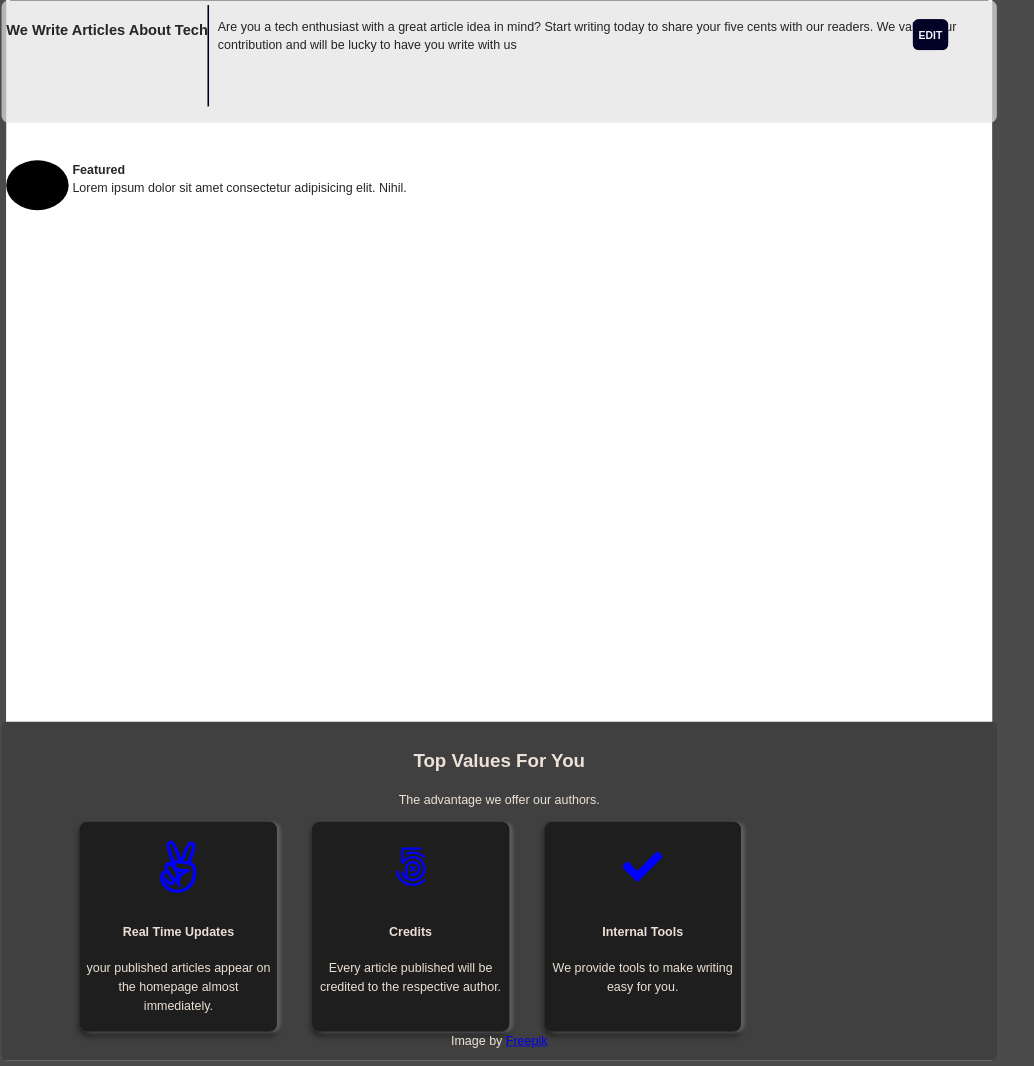
Repository: ValGrace/-static-site
Page: / (app in client/)
These files come from the project's save history. The page is drawn as it stood at one moment and after the next save; the edit follows.
The browser window is 1280 px wide. The page is 1280 px wide, then 1326 px, so the pictures cover 1326 px, including what lies to the right of the window. The pictures show the part of the page from y = 512 to 2011 px (the page is 1879 px tall before and 2011 px after), at 78% of full size.
The project was rebuilt for these pictures with package versions that can differ from the ones it lists, and the page was loaded fresh each time. Also part of the build but not shown: client/vite.config.js, client/src/Components/Login.jsx, client/src/Components/Signup.jsx, client/src/Pages/aboutPage.jsx, client/src/Pages/Articles.jsx.

Above is the page before, as saved 2023-07-01 17:03:17.

### client/index.html
<!DOCTYPE html>
<html lang="en">
  <head>
    <meta charset="UTF-8" />
    <link rel="icon" type="image/svg+xml" href="/vite.svg" />
    <meta name="viewport" content="width=device-width, initial-scale=1.0" />
    <title>Static Site Generator</title>

  </head>
  <body>
    <div id="root"></div>
    <script type="module" src="/src/main.jsx"></script>
  </body>
</html>

### client/src/main.jsx
import React from 'react'
import ReactDOM from 'react-dom/client'
import App from './App'
import './index.css'
import { BrowserRouter } from 'react-router-dom'
ReactDOM.createRoot(document.getElementById('root')).render(
  <React.StrictMode>
    <BrowserRouter>
    <App />
    </BrowserRouter>
  </React.StrictMode>,
)

### client/src/App.jsx
import PageRouter from './Routing/PageRouter'
import './App.css'


function App() {

  return (
    <div className="App">
      <PageRouter />
    </div>
  )
}

export default App

### client/src/index.css
:root {
  font-family: 'Acme', sans-serif;
  line-height: 1.5;
  font-weight: 400;

  color-scheme: light dark;
  color: rgba(7, 7, 7, 0.87);
  background-color: #000000b4;
  padding: 0;
  margin: 0;
  font-synthesis: none;
  text-rendering: optimizeLegibility;
  -webkit-font-smoothing: antialiased;
  -moz-osx-font-smoothing: grayscale;
  -webkit-text-size-adjust: 100%;
}

/* a {
  font-weight: 500;
  color: #646cff;
  text-decoration: inherit;
}
a:hover {
  color: #535bf2;
}

body {
  margin: 0;
  display: flex;
  place-items: center;
  min-width: 320px;
  min-height: 100vh;
}

h1 {
  font-size: 3.2em;
  line-height: 1.1;
}

button {
  border-radius: 8px;
  border: 1px solid transparent;
  padding: 0.6em 1.2em;
  font-size: 1em;
  font-weight: 500;
  font-family: inherit;
  background-color: #1a1a1a;
  cursor: pointer;
  transition: border-color 0.25s;
}
button:hover {
  border-color: #646cff;
}
button:focus,
button:focus-visible {
  outline: 4px auto -webkit-focus-ring-color;
}

@media (prefers-color-scheme: light) {
  :root {
    color: #213547;
    background-color: #ffffff;
  }
  a:hover {
    color: #747bff;
  }
  button {
    background-color: #f9f9f9;
  }
} */

### client/src/Routing/PageRouter.jsx
import Dashboard from "../Pages/Dashboard";
import HomePage from "../Pages/HomePage";
import { Routes, Route} from "react-router-dom"
import AboutPage from "../Pages/aboutPage";
import Articles from "../Pages/Articles";
const PageRouter = () => {
    return (
        <Routes>
            <Route exact path="/" element={ <HomePage />}/>
            <Route path="/login" element={ <Dashboard />}/>
            <Route path="/about" element={<AboutPage />} />
            <Route path="/articles" element={<Articles />} />

        </Routes>
    )
}

export default PageRouter

### client/src/App.css
.App {
  display: flex;
  flex-direction: column;
  justify-content: center;
  align-items: center;
  margin: 0;
  background-color: rgb(255, 255, 255);
}

### client/src/Pages/Dashboard.jsx
import React, { useReducer, useState} from 'react'
import Login from '../Components/Login'
import Signup from '../Components/Signup'
import "../Components/Inputs.css"
import { Link, useNavigate } from 'react-router-dom'
// import { useAuth } from '../Context/UserContext'
import { account } from '../Utils/appwrite'
const initialState = {page : <Login />}
function reducer(state, action) {
    switch(action.type) {
        case 'loginpage':
          return { page: <Login />}
        case 'signuppage':
            return { page: <Signup />}
        default:
            return { page: <h2>Loading....</h2>}
    }
}
const Dashboard = () => {
    const [state, dispatch] = useReducer(reducer, initialState)

    const [ error, setError] = useState('')
    const navigate = useNavigate()
    const ghostLogin = async() => {
        try {
            setError('')
            await account.createAnonymousSession();
            navigate("/")
        }
        catch {
             setError("Failed to Create anonymous account")
        }
    }
    return (
        <div className='dashboard'>
         <h2>Static Site Generator</h2>
         <div>Static site Image</div>
      <div className='dash' id='dash'>
            <div className='toggleForms'>
                <button onClick={() => dispatch({type: 'loginpage'})} className="type-btn">Login</button>
                <button onClick={() => dispatch({type: 'signuppage'})} className="type-btn">Signup</button>
                </div>
            <React.Fragment>{state.page}</React.Fragment>

            <button id="auth-btns" onClick={ghostLogin}>Login with Ghost account</button>
            <h5>{error}</h5>
         </div>
         <Link to="/home">Home</Link>
       </div>
    )
}

export default Dashboard

### client/src/Pages/HomePage.jsx
import { useState, useEffect } from "react"
import Navbar from "../Components/Navbar"
import MidSection from "../Components/MidSection"
import HomeSection from "../Components/HomeSection"
import TopSection from "../Components/TopSection"
import { HomeContext } from "../MdFiles/MdFileContext"

const HomePage = () => {
    const [markdown, setMarkdown] = useState(HomeContext)
    // useEffect(() => {
    //     fetch(HomeContext)
    //        .then((res) => res.text())
    //        .then((text) => setMarkdown(text))
    // })
    const [editor, setEditor] = useState(false)
    const editMdFile =(event) => {
        setMarkdown(event.target.value)

    }

    const viewEditor = () => {
       setEditor(true)
    }

    // const submitForm = () => {
    //     fetch("http://localhost:8080/save", {
    //         method: "POST",
    //         headers: {
    //             "Content-Type": "application/json",
    //         },
    //         body: markdown
    //     })
    // }
    return (
        <>
        <div className="topsection">
            <div className="topsection-cover"></div>
                     <Navbar />
         <TopSection />
         </div>
         <MidSection />
         <HomeSection />
         <button onClick={viewEditor} className="btn-edit">Edit</button>
         {editor &&
         <form className="md-edit" method="post" action="/articles/" >
            <textarea value={markdown} onChange={editMdFile} name="md"/>
            {/* <ReactMarkdown>`${markdown}`</ReactMarkdown>  */}
            <div className="md-btns">
                <button id="md-btn" onClick={() => setEditor(false)}>Cancel</button>
                <input type="submit" id="md-btn" value="save" />
            </div>
         </form>
}
        </>
    )
}

export default HomePage

### client/src/Components/Inputs.css
form, #dash {
    width: 80vw;
}
.signupForm, .dash, .dashboard {
   display: flex;
   flex-direction: column;
   justify-content: center;
   align-items: center;
   gap: 0.8em;
}

input, button {
    width: 80%;
    height: 3em;
    background-color: transparent;
    color: black;
}

#sign {
   width: 40vw;
}

.toggleForms {
    display: grid;
    grid-template-columns: 50% 50%;
    gap: 0.4em;
    justify-content: center;
    align-items: center;
}

#inptitle, .article-icons{
   width: 100%;
   border: 0.5px solid rgb(199, 199, 199);
   border-radius: 0.7%;

}

.article-icons {
    width: 79.9vw;
    height: 3em;
    display: flex;
    flex-direction: row;
    align-items: center;
    gap: 0.5em;
}

.article-area {
   margin-top: 0;
   display: flex;
   flex-direction: column;
   height: 90vh;

}

.type-btn {
    background-color: rgb(2, 2, 133);
    border: none;
    width: 20vw;
    border-radius: 8px;
    text-transform: uppercase;
    color: aliceblue;
    font-weight: 700;
}

.type-btn:hover {
   background-color: rgb(1, 1, 22);
}

#auth-btns {
    text-transform: uppercase;
    font-weight: 700;
}

select, option {
    border: 0.08em solid black;
    background-color: transparent;
    font-weight: 500;
    padding: 0.2rem;
}

input[type=file] {
   display: none;
}

label {
    cursor: pointer;
}

### client/src/Utils/appwrite.js
import {Client, Account} from "appwrite"

const client = new Client()

client.setEndpoint("https://cloud.appwrite.io/v1").setProject("64940746ea62d29f596e")

export const account = new Account(client)

### client/src/Components/Navbar.jsx
import { useState } from "react"
import {HiBars3BottomLeft} from 'react-icons/hi2'
import { FaTimes} from 'react-icons/fa'
import { Link} from 'react-router-dom'
import "./Navbar.css"
const Navbar = () => {
    const [clickbar, setClickbar] = useState(false)
    return (
           <>


        <nav id="bar" onClick={()=>setClickbar
        (!clickbar)}>{clickbar ? <>
           <FaTimes size="2em"/>

            <ul>
               <Link to="/"><li>home</li></Link>
                <Link to="/about"><li>about</li></Link>
                <Link to="/articles"><li>articles</li></Link>
                <Link to="/login"><li>Login</li></Link>
            </ul>

        </>: <HiBars3BottomLeft size="2em"/>}
        </nav>

        <nav id="pages">
        <ul>
                <Link to="/"><li>home</li></Link>
                <Link to="/about"><li>about</li></Link>
                <Link to="/articles"><li>articles</li></Link>
            </ul>
            <ul>
                <li><Link to="/login">Login</Link></li>
            </ul>

</nav>
        </>
    )
}

export default Navbar

### client/src/Components/MidSection.jsx
function MidSection() {
    return (
        <>
            <div className="site-descr">
        <h3>We Write Articles About Tech</h3>
        <div className="site-sep"></div>
        <p>Are you a tech enthusiast with a great article idea in mind? Start writing today to share your five cents with our readers. We value your contribution and will be lucky to have you write with us</p>
      </div>

      <div className="side-section">
            <div className="side-img">
                <img src="" alt=""/>
            </div>
            <div className="side-blogs">
                <h4>Featured</h4>
                <p>Lorem ipsum dolor sit amet consectetur adipisicing elit. Nihil.</p>
            </div>
        </div>
        </>
    )
}

export default MidSection

### client/src/Components/HomeSection.jsx
// import { GrAction, GrFormView, GrFormCheckmark} from 'react-icons/gr'
import { FaAngellist, Fa500Px, FaCheck } from 'react-icons/fa'
const HomeSection = () => {
   return (
    <div className='footer'>
    <div>
    <h2>Top Values For You</h2>
    <p>The advantage we offer our authors.</p>
    </div>
    <div className="value-section">
        <div className="single-value">

            <div id="icon-section">
                <FaAngellist size="4.2em" color="blue" fontWeight="200"/>
            </div>

            <h4>Real Time Updates</h4>
            <p>your published articles appear on the homepage almost immediately.</p>
        </div>
        <div className="single-value">
            <div id="icon-section">
                <Fa500Px size="3.2em" color="blue" />
            </div>
            <h4>Credits</h4>
            <p>Every article published will be credited to the respective author.</p>
        </div>
        <div className="single-value">
            <div id="icon-section">
                <FaCheck size="3.2em" color="blue"/>
            </div>
            <h4>Internal Tools</h4>
            <p>We provide tools to make writing easy for you.</p>
        </div>
    </div>
    Image by <a href="https://www.freepik.com/free-photo/overhead-view-coffee-cup-keyboard-camera-paper-white-background_3787339.htm#query=blog%20website%20bg&position=49&from_view=search&track=ais">Freepik</a>
    </div>
   )
}

export default HomeSection

### client/src/Components/TopSection.jsx
import pwbg from "../assets/pwbg.jpg"
const TopSection = () => {


  // useEffect(() => {
  //   async function fetchData() {
  //     const response = await axios.get('/save')
  //     setContent(response.data)
  //   }
  //   fetchData()
  // }, [])
    return (
      <>

      <div className="top-text" id="top-text">
      <h2 id="htitle">Static Site Generator

         </h2>
      <p>Welcome to your number one solution to writing and publishing articles. We generate an optimied web page when you publsih your article and make it available to our thousands of daily readers.</p>
      </div>
      {/* <div className="head-section">
        <div className="head-img">
            <img src={pwbg} alt="sec-photo" />
        </div>

      </div> */}

      </>
    )
}

export default TopSection

### client/src/MdFiles/MdFileContext.js


export const HomeContext = `
---
title: Modify this Blog Title

featured_image: https://images.pexels.com/photos/577585/pexels-photo-577585.jpeg?auto=compress&cs=tinysrgb&w=1260&h=750&dpr=1
description: Lorem ipsum dolor sit amet consectetur adipisicing elit. Soluta beatae, nam laboriosam voluptatum perspiciatis impedit esse quas molestiae cupiditate voluptatem iste quasi dolor.
---
Lorem ipsum dolor sit amet, consectetur adipisicing elit. Impedit illo aspernatur dicta qui, repellat, placeat non consectetur pariatur repellendus reprehenderit voluptatum, molestias cumque facere quisquam.

`

### client/src/Components/InfoPage.css
#about-page {
    font-size:2rem;
    text-transform: capitalize;

    width: 80vw;

    text-align: center;
}

.about-mid {
   display: flex;
   gap: 0.4rem;
   flex-wrap: wrap;
   flex-direction: column;
}

.about-info, .abt-context {
    /* width: 25vw; */
    display: flex;
    flex-direction: column;

}
#context {
    width: 75vw;
}

.abt-img {
    background-color: rgba(54, 4, 4, 0.685);
    width: 40vw;

}

.abt-img > img {
    width: 100%;
    height: 100%;
}


.md-editor {
    width: 80vw;
    height: 90vh;
    margin: auto;
    display: flex;
    flex-direction: column;
    border: 0.5px solid rgb(97, 97, 97);

}

.footer {
    background-color: rgb(65, 64, 64);
    padding: 0.8em;
    width: 99%;
    text-align: center;
    color: rgba(247, 237, 225, 0.938);
    border-radius: 0.4em;
}

#txtarea {
    resize: none;
    width: 100%;
    height: 60vh;
    background-color: transparent;
    border: none;
    font-family: 'Acme', sans-serif;
}
.md-edit {
    position: absolute;
    width: 80vw;
    height: 90vh;
    top: 10%;
    background-color: rgb(0, 0, 0);
    display: flex;
    flex-direction: column;
    align-items: center;
    gap: 0.4em;
}

.md-edit > textarea {
    resize: none;
    width: 90%;
    height: 80%;
    background-color: rgb(29, 28, 28);
    color: rgba(240, 248, 255, 0.932);
    border-radius: 8px;
    border: none;

}

.md-btns {
    display: flex;
   justify-content: center;
   align-items: center;
    gap: 0.7em;
    width: 90%;
}

#md-btn {
    width: 30%;
    background-color: rgb(71, 71, 71);
    color: rgb(218, 218, 218);
    text-transform: uppercase;
    font-weight: 400;
    border: none;
    border-radius: 0.2em;

}
@media screen and (min-width: 670px) {
    #abt-info {
        flex-direction: row-reverse;
    }
    .about-info, .abt-context {
        flex-direction: row;
        justify-content: center;
        gap: 0.8em;

    }
    .abt-pg {
        display: flex;
        flex-direction: column;
        width: 40vw;
    }
    .abt-img {
        width: 40vw;
    }

}

### client/src/Components/Navbar.css
nav {
    width: 70vw;
    height: 10vh;
    display: flex;
}

nav > ul{
  display: flex;
  flex-direction: row;
  text-transform: uppercase;
  list-style-type: none;
  justify-content: center;
  align-items: center;
  gap: 4em;
  font-weight: 600;
  font-size: 1.5rem;
  flex-grow: 1;
  text-decoration: none;
}

ul > li {
    text-decoration: none;
    text-decoration-style: none;
    color: orange;
}

.topsection {
    background-image: url("../assets/pwbg.jpg");
    color: rgb(231, 228, 228);
    width: 98vw;
    height: 70vh;
    background-size: cover;
    display: flex;
    flex-direction: column;
    align-items: center;

    position: relative;
    z-index: 1;
}

.topsection-cover {
    position: absolute;
    left: 0;
    bottom: 0;
    width: 100%;
    height: 100%;
    background-color: rgba(0, 0, 0, 0.719);
    z-index: -1;
}

#top-text {
    width: 65vw;
    left: 40%;
    height: 80%;
    display: flex;
    flex-direction: column;
    justify-content: center;

}

#top-text > h2 {
    font-size: 4.5rem;
    text-transform: capitalize;
    margin: 0;
    /* float: left; */
}

#top-text > p {
    float: right;

}

.head-section {
    display: flex;
    width: 90vw;
    gap: 0.5em;
    flex-wrap: wrap;
}

.head-img {
    background-color: rgb(14, 13, 29);
    width: 90%;
    /* border-radius: 0.9em; */
    height: 45vh;
    box-shadow: rgba(0, 0, 0, 0.25) 0px 14px 28px;
    margin-left: 0;
    justify-self: left;
}

.head-img > img {
    width: 100%;
    height: 100%;
    border-radius: 0.9em;
}

.side-section {
    display: flex;
    flex-direction: row;
    height: 100vh;
    background-color: rgba(255, 255, 255, 0.973);
    gap: 0.3rem;
    width: 100%;
}

.side-img {
    background-color: black;
    width: 5rem;
    height: 4rem;
    border-radius: 50%;
}

.side-blogs > h4, .side-blogs > p {
    margin: 0;
}

.btn-edit {
    position: fixed;
    right: 5%;
    bottom: 20%;
    width: auto;
    padding: 8px;
    background-color: rgb(2, 2, 39);
    color: aliceblue;
    text-transform: uppercase;
    font-weight: 600;
    border: none;
    border-radius: 8px;
}
.site-descr {
    width:100%;
    background-color: rgba(226, 226, 226, 0.699);
    border-radius: 9px;
    /* margin-top: 0.9rem; */
    display: flex;
    /* gap: 0.4rem; */
    padding: 0.4rem;
    height: 20vh;
    margin-bottom: 3em;
}

#pages > ul {

    flex-direction: column;
}

.site-descr > p {
    width: 75%;
}
.site-sep {
    width: 0.1rem;
    height: 90%;
    background-color: rgb(2, 2, 39);
    margin-right: 0.7rem;
}


.value-section {
   width: 80vw;
    display: flex;
    gap: 2.8rem;
    flex-wrap: wrap;
    /* color: rgb(20, 20, 20); */
    justify-content: center;
    align-items: center;
}

.single-value {
    box-shadow:
		5px 1px 5px rgb(97, 96, 96),
        0 5px 7px 2px rgba(32, 32, 32, 0.733);
    border-radius: 10px;
    background-color: rgba(26, 25, 25, 0.863);
    padding: 0.4em;
    width: 15em;
    height: 16em;
}

#icon-section {
    width: 100%;
    height: 40%;
    display:flex;
    justify-content: center;
    align-items: center;
}



@media screen and (min-width: 1200px) {
    #bar {
      display: none;
    }
    #pages > ul{
        flex-direction: row;
    }

  }

@media screen and (max-width: 1200px) {
    #pages {
      display: none;
    }
   #bar {
        flex-direction: column;

    }
    #bar > ul {
        flex-direction: column;
        gap: 2em;
        background-color: rgba(255, 255, 255, 0.979);
        color: rgb(2, 6, 56);
        width: 90vw;
        height: 70vh;
        position: absolute;
        top: 0;
        right: 0;
    }
}

After the next save:
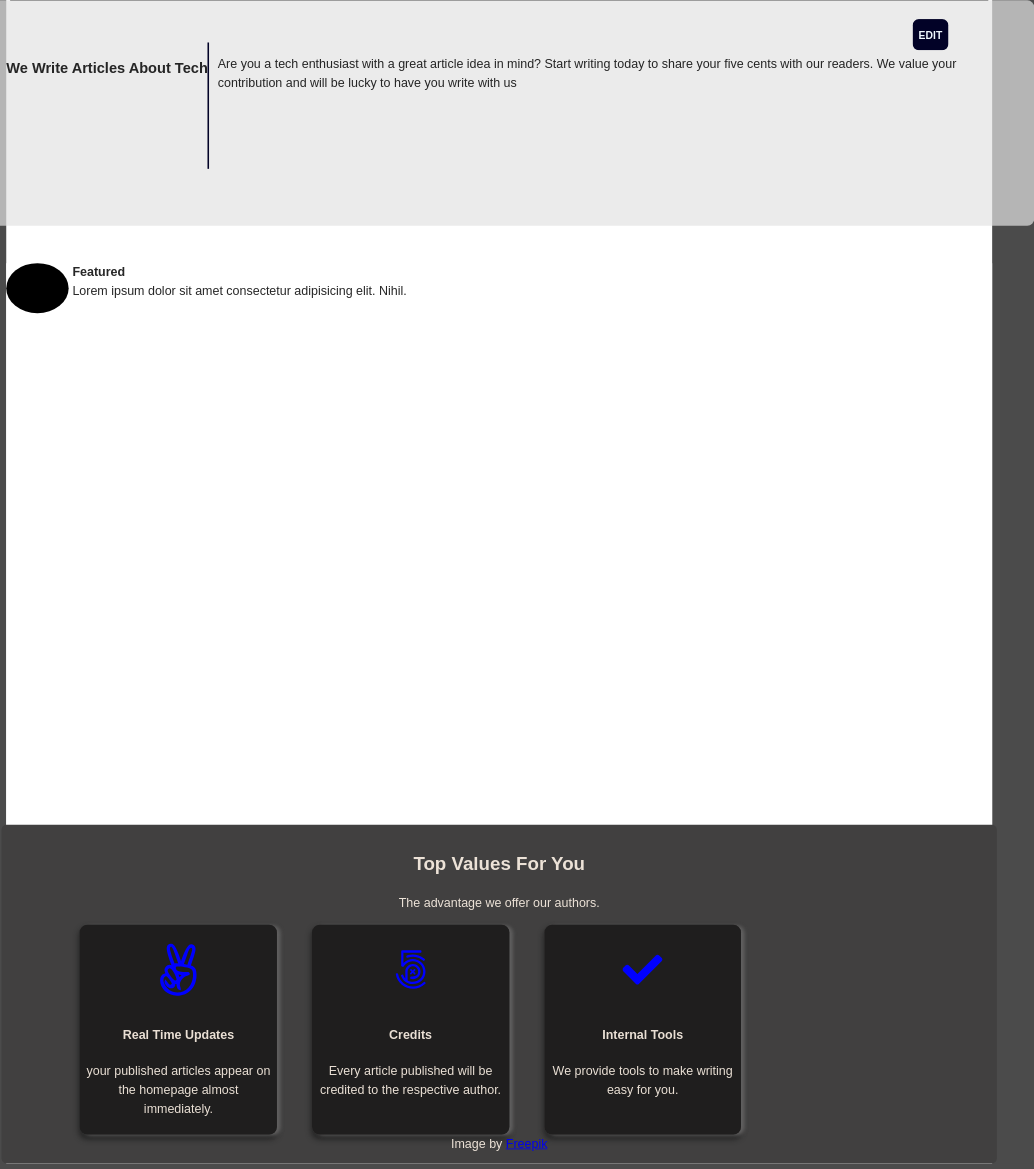
Saved 34 s later.
--- a/client/src/Components/Navbar.css
+++ b/client/src/Components/Navbar.css
@@ -133,8 +133,8 @@ ul > li {
     /* margin-top: 0.9rem; */
     display: flex;
     /* gap: 0.4rem; */
-    padding: 0.4rem;
-    height: 20vh;
+    padding: 3.4rem;
+    height: 25vh;
     margin-bottom: 3em;
 }
 
